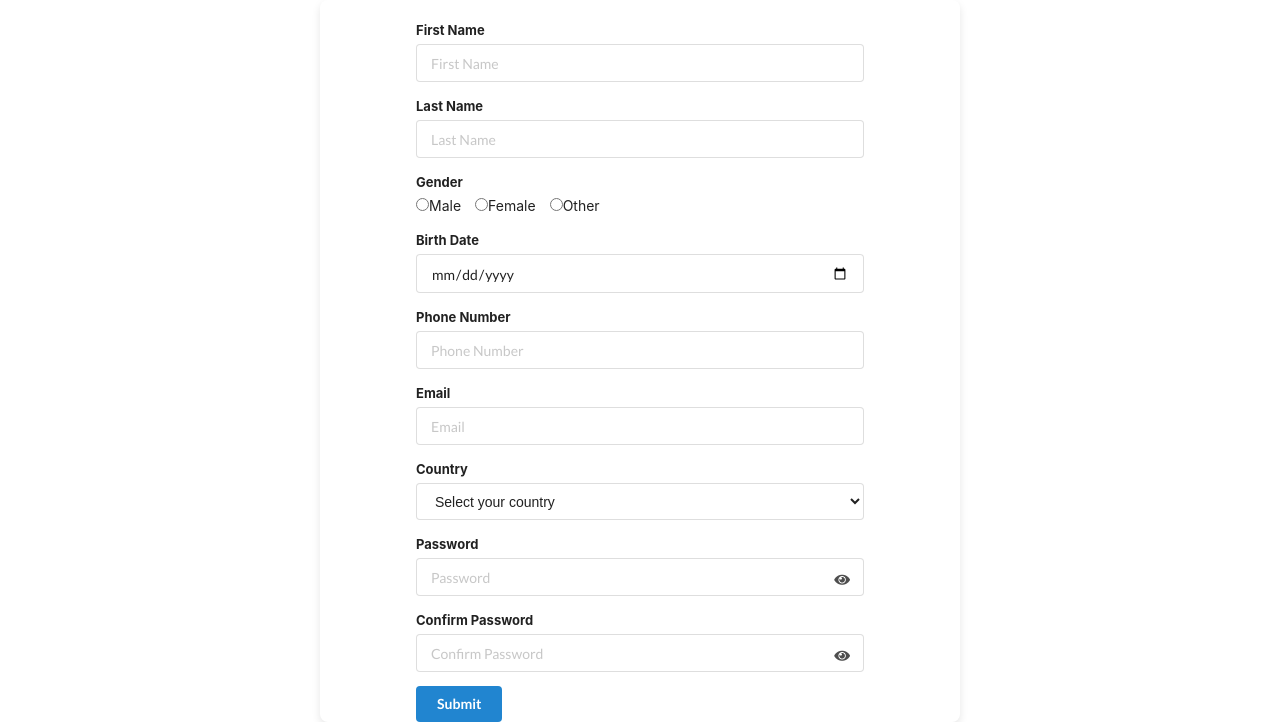
Repository: Wahid137/registration-form
Page: /
An editor plug-in stored every save of this project. The page is shown before and after the next save, followed by the edit.
The browser window is 1280 px wide. The pictures show the whole page.
The project was rebuilt for these pictures with package versions that can differ from the ones it lists, and the page was loaded fresh each time. Also part of the build but not shown: src/App.css.

Above is the page before, as saved 2024-05-01 14:33:32.

After the next save:
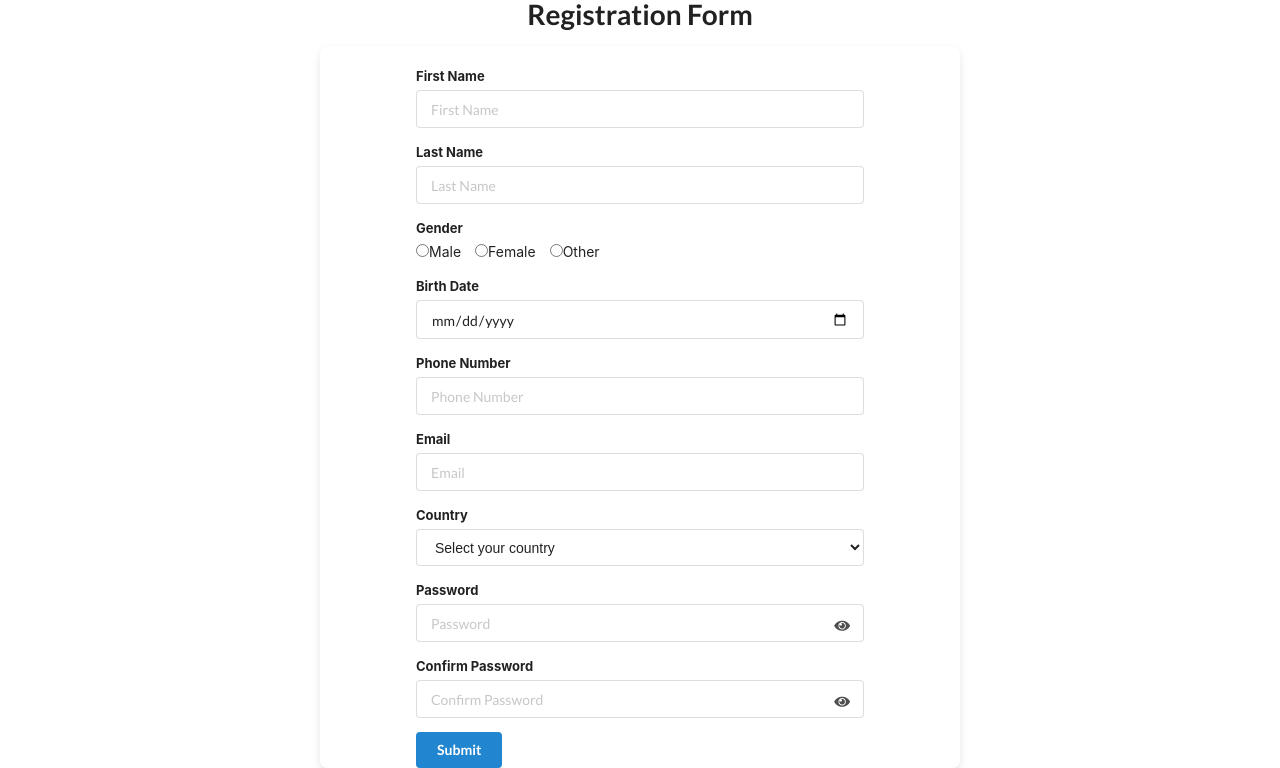
Saved 17 s later.
--- a/src/App.js
+++ b/src/App.js
@@ -1,10 +1,13 @@
+import { Header } from 'semantic-ui-react';
 import './App.css';
 import Register from './components/Register';
 
 function App() {
   return (
     <div className="App">
-
+      <Header as='h1' textAlign='center'>
+        Registration Form
+      </Header>
       <Register />
     </div>
   );
